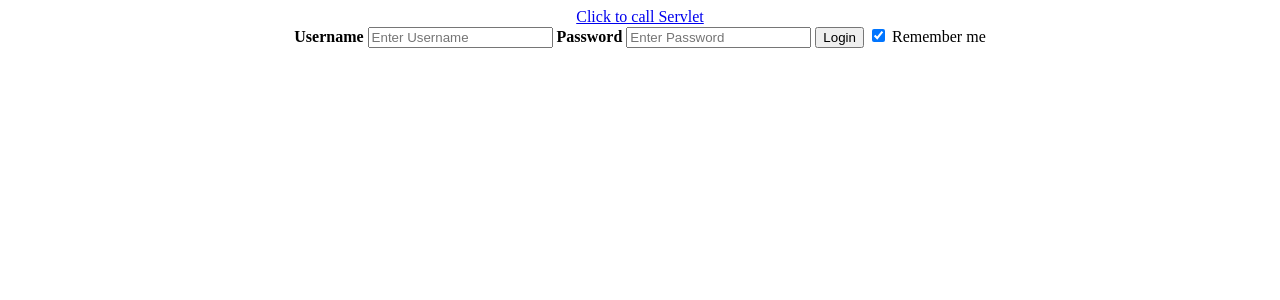
Repository: avads1/Webhook-listener
Page: webhook-servlet/WebContent/index.html
The author's editor kept a copy of each file at every save. The page is drawn from the files as they stood at one save, then again after the next save.
The browser window is 1280 px wide. The pictures show the whole page.

Above is the page before, as saved 2022-05-01 01:58:12.

### webhook-servlet/WebContent/index.html
<!DOCTYPE html>
<HTML>
<BODY>
	<CENTER>
		<a href="welcome">Click to call Servlet</a>
		<form action="welcome" method="post">

			<div class="container">
				<label for="uname"><b>Username</b></label> <input type="text"
					placeholder="Enter Username" name="uname" required> <label
					for="psw"><b>Password</b></label> <input type="password"
					placeholder="Enter Password" name="password" required>

				<button type="submit">Login</button>
				<label> <input type="checkbox" checked="checked"
					name="remember"> Remember me
				</label>
			</div>
</BODY>

</HTML>

After the next save:
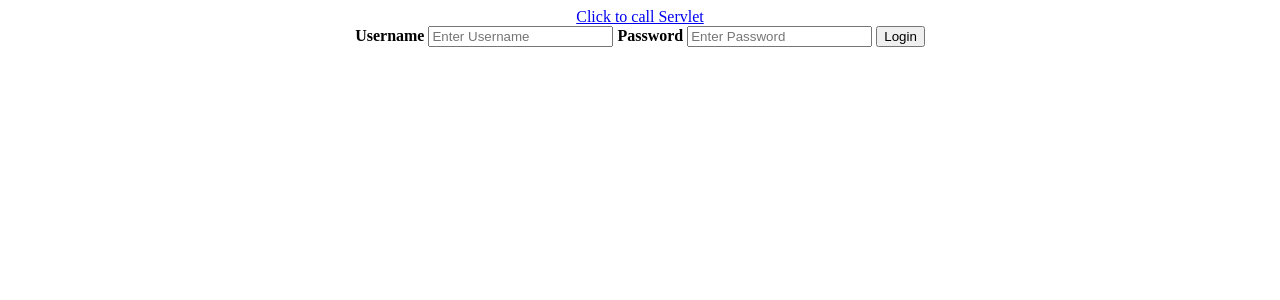
Saved 36 s later.
--- a/webhook-servlet/WebContent/index.html
+++ b/webhook-servlet/WebContent/index.html
@@ -12,9 +12,6 @@
 					placeholder="Enter Password" name="password" required>
 
 				<button type="submit">Login</button>
-				<label> <input type="checkbox" checked="checked"
-					name="remember"> Remember me
-				</label>
 			</div>
 </BODY>
 
